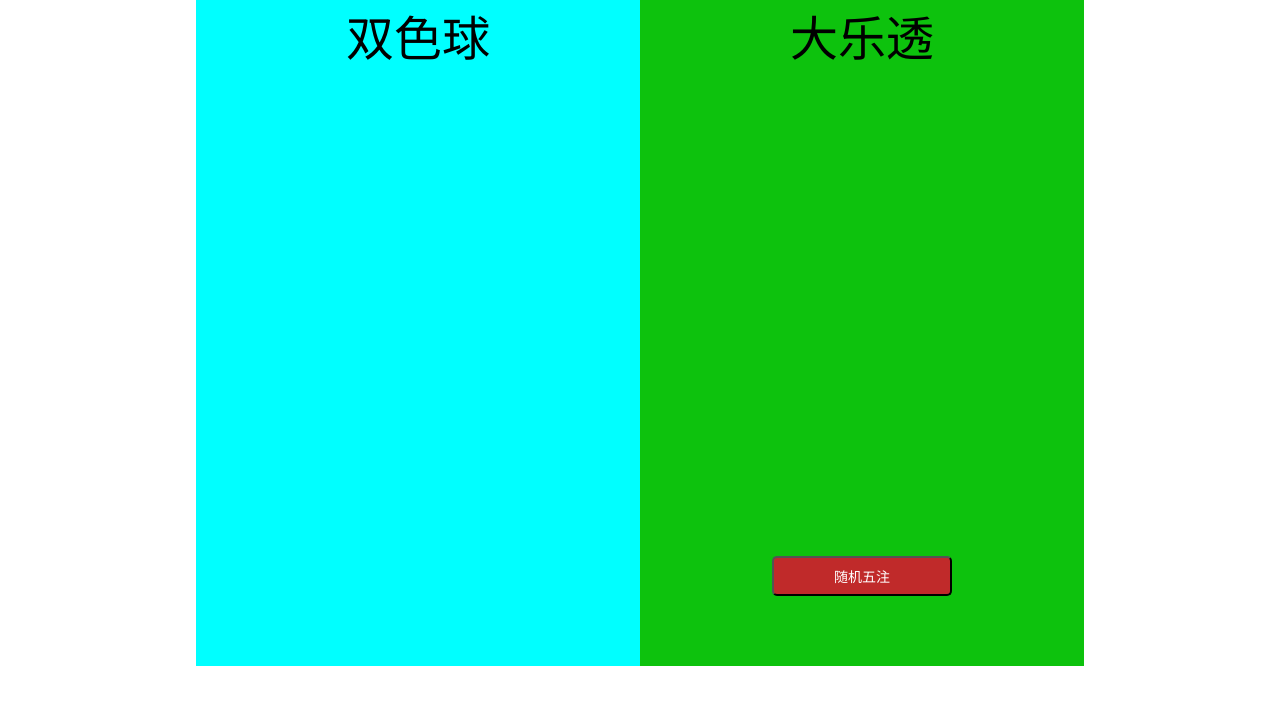
Repository: yz1181214391/caipiao-demo
Page: Cp.html
The author's editor kept a copy of each file at every save. The page is drawn from the files as they stood at one save, then again after the next save.
The browser window is 1280 px wide. The pictures show the whole page.

Above is the page before, as saved 2020-12-14 10:47:17.

### Cp.html
<!DOCTYPE html>
<html lang="en">
<head>
    <meta charset="UTF-8">
    <meta name="viewport" content="width=device-width, initial-scale=1.0">
    <title>彩票</title>
</head>
<style type="text/css">
    html,body {margin: 0;padding: 0;height: 100%;width: 100%;}
    a {text-decoration: none;}
    body,div,dl,dt,dd,ul,ol,li,h1,h2,h3,h4,h5,h6,pre,form,fieldset,input,textarea,p,blockquote,th,td {margin: 0;padding: 0;}
    table {border-collapse: collapse;border-spacing: 0;}
    fieldset,img {border: 0;}
    address,caption,cite,code,dfn,em,strong,th,var {font-style: normal;font-weight: normal;}
    ol,ul {list-style: none;}
    caption,th {text-align: left;}
    h1,h2,h3,h4,h5,h6 {font-size: 100%;font-weight: normal;}
    q:before,q:after {content: '';}
    abbr,acronym {border: 0;}
    body{
        font-family: "Chinese Quote", -apple-system, BlinkMacSystemFont, "Segoe UI", "PingFang SC", "Hiragino Sans GB", "Microsoft YaHei", "Helvetica Neue", Helvetica, Arial, sans-serif, "Apple Color Emoji", "Segoe UI Emoji", "Segoe UI Symbol";
    }

    .box{
        margin: 0 auto;
        width: 888px;
        height: 666px;
        display: flex;
        flex-direction: row;
    }
    .cp-flex{
        display: flex;
        flex-direction: column;
        align-items: center;
    }
    .cp-font{
        font-size: 48px;
        font-family: "Times New Roman", Times, serif;
    }
    .ssq-box{
        width: 100%;
        background-color: aqua;
    }
    .dlt-box{
        width: 100%;
        background-color: rgb(13, 194, 13);
    }

    .content {
        height: 70%;
        padding-top: 20px;
        text-align: center;
    }
    .context {
        margin: 20px 0;
    }
    .context span {
        display: inline-block;
        width: 30px;
        height: 30px;
        line-height: 30px;
        font-size: 14px;
        border-radius: 50%;
        color: #fff;
        background: rgba(192, 42, 42, 1);
        margin-right: 15px;
    }
    .context span:nth-child(5) {
        margin-right: 30px;
    }
    .context span:nth-child(7) {
        margin-right: 0;
    }
    .context span:nth-child(6),.context span:nth-child(7) {
        background: rgba(47, 40, 153, 1);
    }
    .button {
        width: 100%;
    }
    .button input {
        width: 180px;
        height: 40px;
        line-height: 40px;
        display: block;
        margin: 0 auto;
        background: rgba(192, 42, 42, 1);
        color: #fff;
        font: normal 400 14px '微软雅黑';
        border-radius: 5px;
        outline: none;
    }
</style>
<body>
    <div class="box">
        <div class="ssq-box cp-flex">
            <h1 class="cp-font">双色球</h1>
        </div>
        <div class="dlt-box cp-flex">
            <h3 class="cp-font">大乐透</h3>
            <div class="content"></div>
            <div class="button">
                <input type="button" value="随机五注" onclick="fiveNumStr()">
            </div>
        </div>
    </div>
</body>
<script>
    // 定义 randomNumber方法, 随机输出数组
    function randomNumber(num) {
      // 定义 strArr方法, 生成数组
      function strArr(num) {
          var numberAarry = []
          for (var i = 0; i < num; i++) {
              numberAarry[i] = i + 1
          }
          return numberAarry
      }
      // 获得数组
      var numberAarry = strArr(num)
      // 将数组元素随机排序
      numberAarry.sort(function () {
          return 0.5 - Math.random()
      })
      // 小于10，前面加0
      for (var i = 0; i < numberAarry.length; i++) {
          if (numberAarry[i] < 10) {
              numberAarry[i] = '0' + numberAarry[i]
          } else {
              numberAarry[i] = String(numberAarry[i])
          }
      }
      return numberAarry
  }

    // 用 fiveIsClick 限制用户频繁点击按钮
    var fiveIsClick = true
  function fiveNumStr() {
      if (fiveIsClick) {
          // 设为false, 不可再次点击
          fiveIsClick = false
          var content = document.getElementsByClassName('content')[0]
          var innerText = content.getElementsByClassName('context')
          var ulNode = content.getElementsByTagName('ul')[0]
          // 先删除已创建的ul及其字节点, 再新增
          // 为什么要删除再添加节点呢, 是因为不增删节点只改变数字虽然渲染更快, 但是区别太小, 失去了动态效果
          // 当然, 如果你不需要删除再添加节点也行, 以下代码稍改动一下就好了
          if (ulNode) {
              content.removeChild(ulNode)
          }
          var ul = document.createElement('ul')
          // 用ul节点长度判断是否存在ul
          var ulLength = content.getElementsByTagName('ul').length
          var index = 0
          // 计时器，每隔0.5秒新增一组
          var interval = setInterval(function() {
              index ++
              if (ulLength < 1) {
                  var li = document.createElement('li')
                  li.setAttribute('class','context')
                  ul.appendChild(li)
                  content.appendChild(ul)
                  // 遍历li节点
                  var context = document.getElementsByClassName('context')[index - 1]
                  // 得到顺序被打乱的前区35个数字数组
                  var randomLeft = randomNumber(35)
                  // 大乐透前区数组
                  var leftNum = [randomLeft[0], randomLeft[1], randomLeft[2], randomLeft[3], randomLeft[4]]
                  // 从小到大排序
                  leftNum.sort(function (a, b) {
                      return a - b
                  })
                  // 得到顺序被打乱的后区12个数字数组
                  var randomRight = randomNumber(12)
                  // 大乐透后区数组
                  var rightNum = [randomRight[0], randomRight[1]]
                  rightNum.sort(function (a, b) {
                      return a - b // 从小到大排序
                  })
                  // 节点模版，用于给每个球添加样式
                  var spanNode = "<span>" + leftNum[0] + "</span>" + "<span>" + leftNum[1] + "</span>" + "<span>" + leftNum[2] + "</span>"
                      + "<span>" + leftNum[3] + "</span>" + "<span>" + leftNum[4] + "</span>" + "<span>" + rightNum[0] + "</span>" + "<span>" + rightNum[1] + "</span>"
                  // 节点已添加，再添加spanNode节点模版
                  context.innerHTML = spanNode
                  // li节点数量达到5个，就停止计时器
                  if (index >= 5) {
                      clearInterval(interval)
                  }
              }
          }, 500)
          // 阻止按钮重复点击，间隔3秒
          setTimeout(function() {
              fiveIsClick = true
          }, 3000)
      }
  }
</script>
</html>

After the next save:
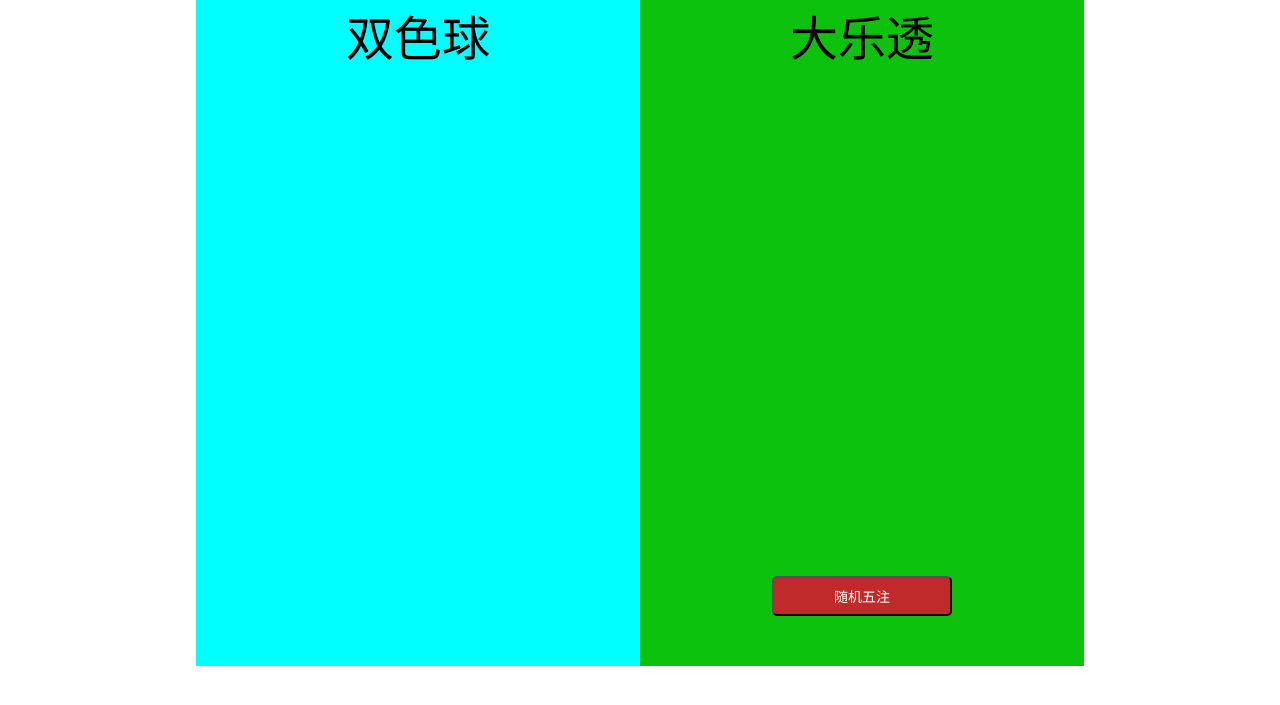
Saved 111 s later.
--- a/Cp.html
+++ b/Cp.html
@@ -47,8 +47,8 @@
     }
 
     .content {
-        height: 70%;
-        padding-top: 20px;
+        height: 66%;
+        padding-top: 66px;
         text-align: center;
     }
     .context {
